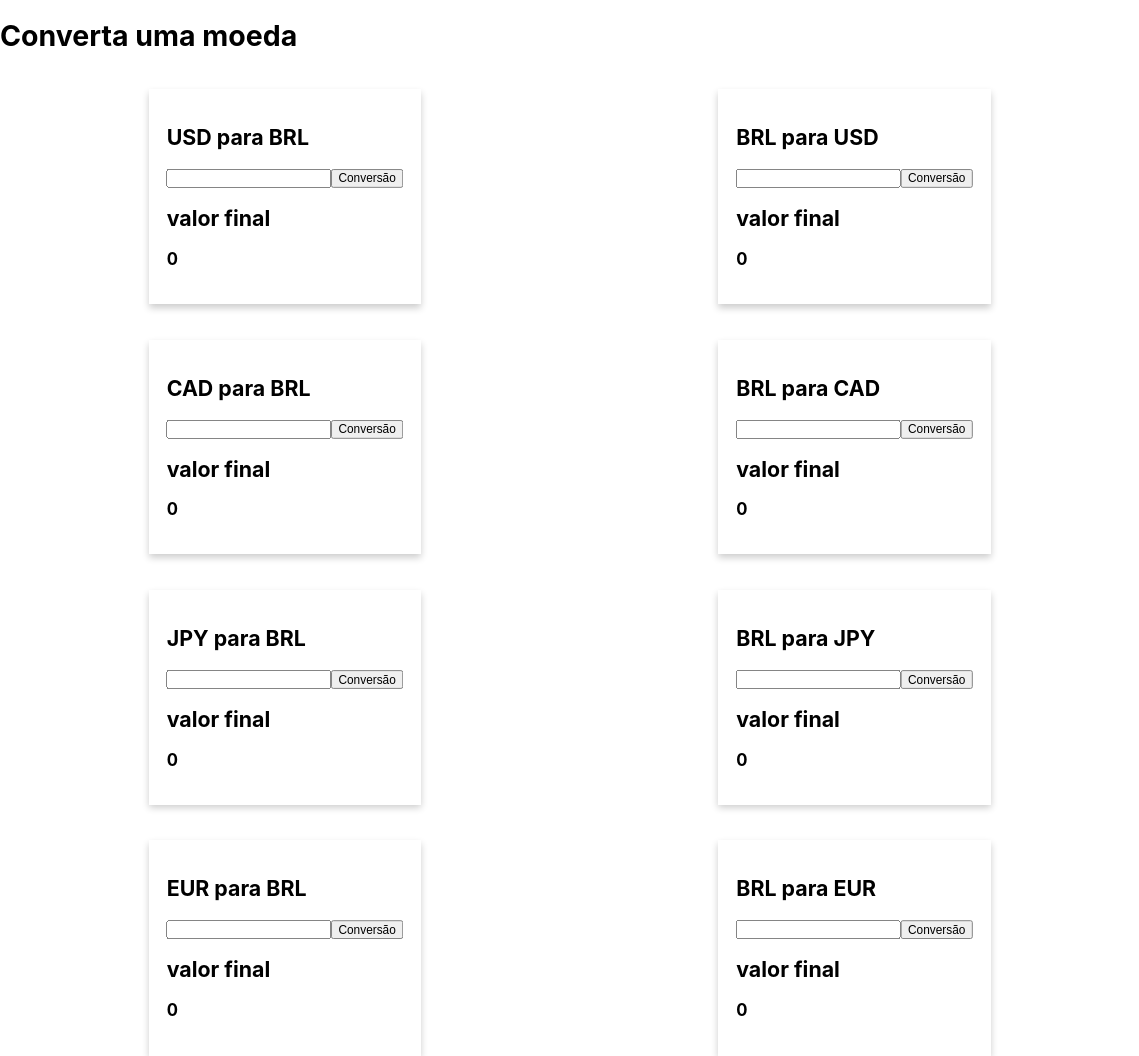
Repository: DeanLemosXD/Currency-converter
Page: /
An editor plug-in stored every save of this project. The page is shown before and after the next save, followed by the edit.
The browser window is 1280 px wide. The pictures show the whole page, at 89% of full size.
The project was rebuilt for these pictures with package versions that can differ from the ones it lists, and the page was loaded fresh each time.

Above is the page before, as saved 2021-10-19 18:19:01.

### src/App.js
import './App.css';
import Conversor from './components/Conversor';

function App() {
  return (
    <div className="App">
      <h1>Converta uma moeda</h1>
      <div className="linha">
      <Conversor moedaA="USD" moedaB="BRL"></Conversor>
      <Conversor moedaA="BRL" moedaB="USD"></Conversor>
      </div>
      <div className="linha">
      <Conversor moedaA="CAD" moedaB="BRL"></Conversor>
      <Conversor moedaA="BRL" moedaB="CAD"></Conversor>
      </div>
      <div className="linha">
      <Conversor moedaA="JPY" moedaB="BRL"></Conversor>
      <Conversor moedaA="BRL" moedaB="JPY"></Conversor>
      </div>
      <div className="linha">
      <Conversor moedaA="EUR" moedaB="BRL"></Conversor>
      <Conversor moedaA="BRL" moedaB="EUR"></Conversor>
      </div>
    </div>
  );
}

export default App;

### src/App.css
.linha{
    display:flex;
    margin-top:  40px;
    justify-content: space-around;

}

### src/components/Conversor.js
import React, { Component } from 'react'
import './conversor.css'
export default class Conversor extends Component {

    // eslint-disable-next-line no-useless-constructor
    constructor(props){
        super(props);

        this.state = {
            moedaA_Valor:"",
            moedaB_Valor:0,

        }

        this.converter = this.converter.bind(this)
    }

    converter(){

        let de_para = `${this.props.moedaA}_${this.props.moedaB}`;
        let url = `http://free.currconv.com/api/v7/convert?q=${de_para}&compact=ultra&apiKey=0d7e32903cad9cf7460c`
        //console.log(url)
        fetch(url).then(res=>{
            return res.json()
        })
        .then(json=>{

            let cotacao = json[de_para];
            let moedaB_Valor = (parseFloat(this.state.moedaA_Valor) * cotacao).toFixed(2)
            this.setState({moedaB_Valor})
        })
    }
    render(){
        return (
            <div className="conversor">
                <h2>{this.props.moedaA} para {this.props.moedaB}</h2>
                <input type="text" onChange={(event)=>{this.setState({moedaA_Valor:event.target.value})}}></input>
                <input type="button" value="Conversão" onClick={this.converter}></input>
                <h2>valor final</h2>
                <h3>{this.state.moedaB_Valor}</h3>
            </div>
        )
    }
}

### src/components/conversor.css
.conversor{
        padding: 20px;
        max-width: 300px;
        box-shadow: 0 4px 8px 0 rgba(0, 0, 0, 0.2);
}

Loaded but not shown: public/index.html (common file); src/index.js (common file); src/index.css (common file); src/reportWebVitals.js (common file)

After the next save:
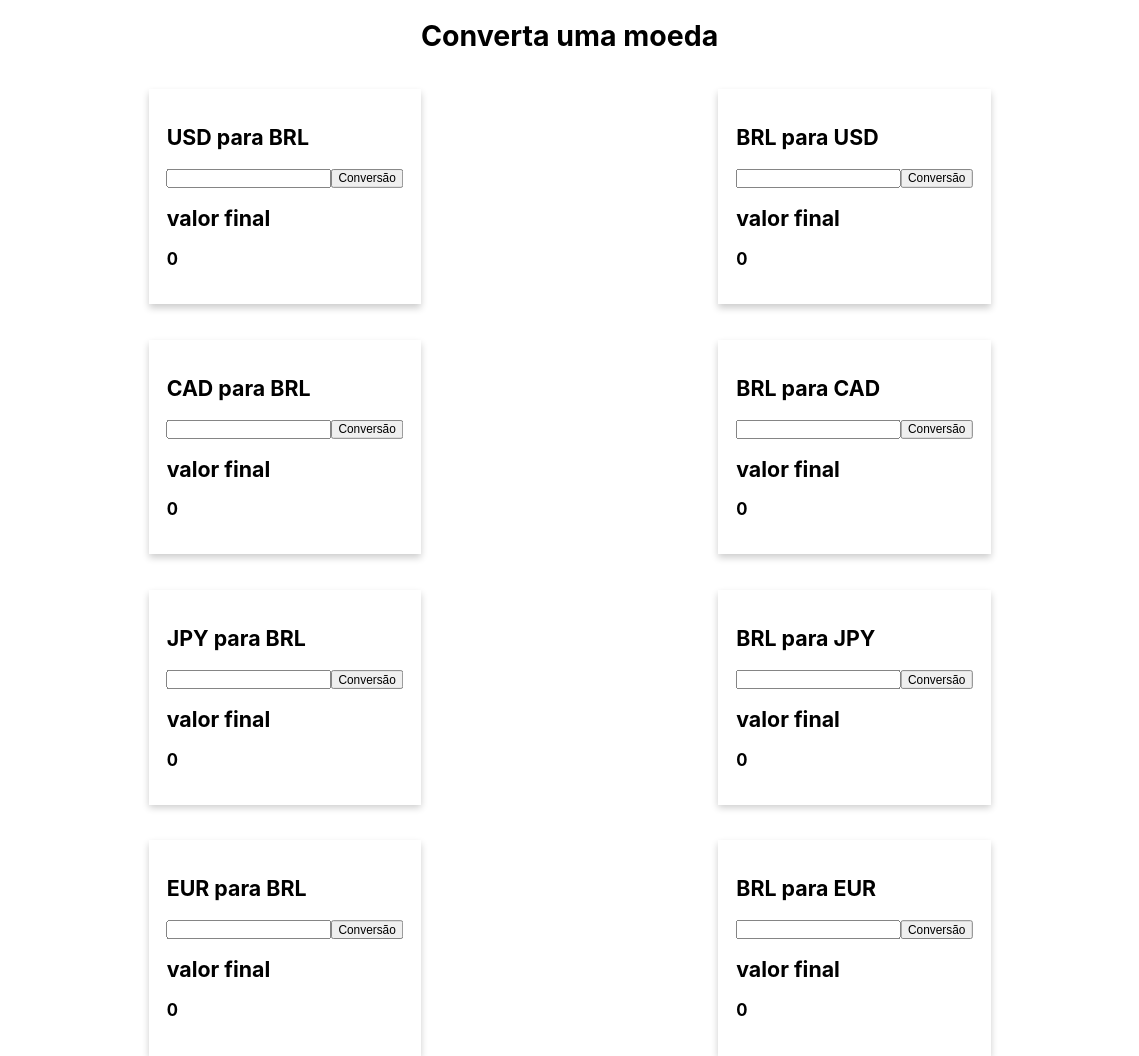
Saved 39 s later.
--- a/src/App.css
+++ b/src/App.css
@@ -4,3 +4,8 @@
     justify-content: space-around;
 
 }
+
+h1{
+
+    text-align: center;
+}
